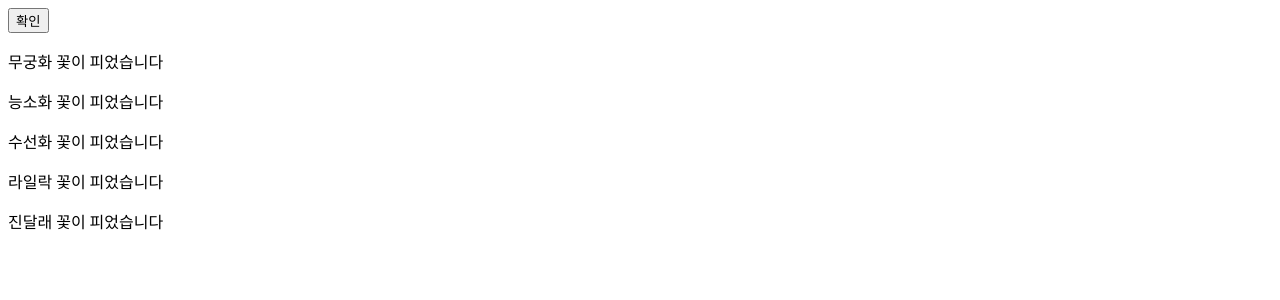
Repository: seonyeob94/BasicWeb
Page: webpro/src/main/webapp/0317/요소접근_class_tag.html
An editor plug-in stored every save of this project. The page is shown before and after the next save, followed by the edit.
The browser window is 1280 px wide. The pictures show the whole page.
After loading, the first visible `input` was clicked once.

Above is the page before, as saved 2025-03-17 02:18:05.
Console error: ReferenceError: red is not defined

### webpro/src/main/webapp/0317/요소접근_class_tag.html
<!DOCTYPE html>
<html>
<head>
<meta charset="UTF-8">
<title>Insert title here</title>

<script>
const proc1 = function(){

	ptag= document.getElementsByTagName('p');
	console.log(ptag);
	for(i=0;i<ptag.length;i++){
		ptag[i].style.color = red;
	}

// 	ptag = document.querySelector('p');
// 	console.log(ptag);

// 	ptag = document.querySelectorAll('p');
// 	console.log(ptag);
}
</script>
</head>
<body>
<input type="button" value="확인" onclick="proc1()">
<p>무궁화 꽃이 피었습니다</p>
<p>능소화 꽃이 피었습니다</p>
<p>수선화 꽃이 피었습니다</p>
<p>라일락 꽃이 피었습니다</p>
<p>진달래 꽃이 피었습니다</p>
</body>
</html>

After the next save:
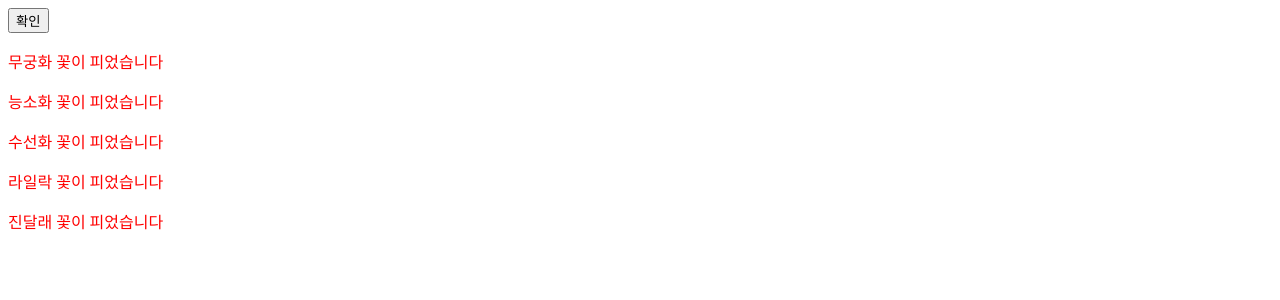
The error is gone.
Saved 4 s later.
--- a/webpro/src/main/webapp/0317/요소접근_class_tag.html
+++ b/webpro/src/main/webapp/0317/요소접근_class_tag.html
@@ -10,7 +10,7 @@ const proc1 = function(){
 	ptag= document.getElementsByTagName('p');
 	console.log(ptag);
 	for(i=0;i<ptag.length;i++){
-		ptag[i].style.color = red;
+		ptag[i].style.color = 'red';
 	}
 
 // 	ptag = document.querySelector('p');
